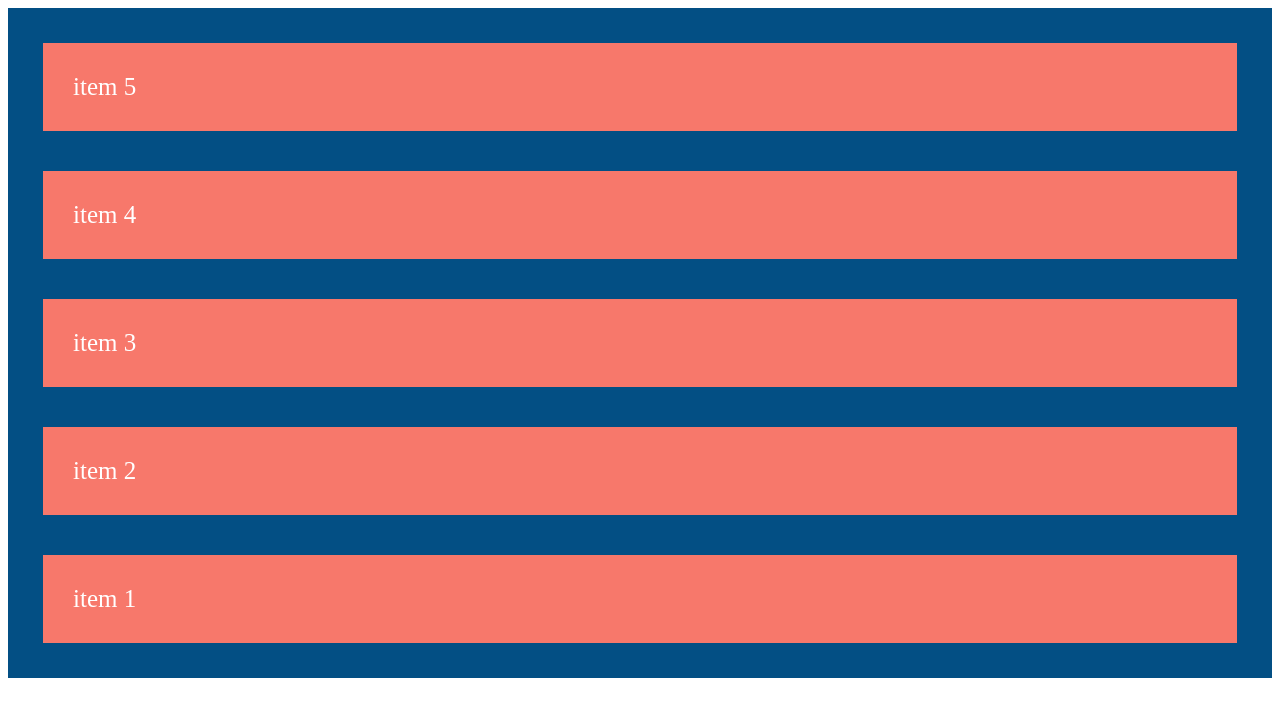
Repository: mehmetbuber38/flex
Page: flex-container.html
These files come from the project's save history. The page is drawn as it stood at one moment and after the next save; the edit follows.
The browser window is 1280 px wide. The pictures show the whole page.

Above is the page before, as saved 2022-01-30 18:45:05.

### flex-container.html
<!DOCTYPE html>
<html lang="en">

<head>
    <meta charset="UTF-8">
    <meta http-equiv="X-UA-Compatible" content="IE=edge">
    <meta name="viewport" content="width=device-width, initial-scale=1.0">
    <title>Flex Container</title>
</head>
<style>
    .container {
        display: flex;
        /* flex-direction: row; */
        /* flex-direction: column; */
        flex-direction: column-reverse;

        background-color: #034f84;
        padding: 15px;
    }

    .item {
        background-color: #f7786b;
        padding: 30px;
        margin: 20px;
        color: #fff;
        font-size: 25px;
    }
</style>

<body>
    <div class="container">
        <div class="item">item 1</div>
        <div class="item">item 2</div>
        <div class="item">item 3</div>
        <div class="item">item 4</div>
        <div class="item">item 5</div>
    </div>

</body>

</html>

After the next save:
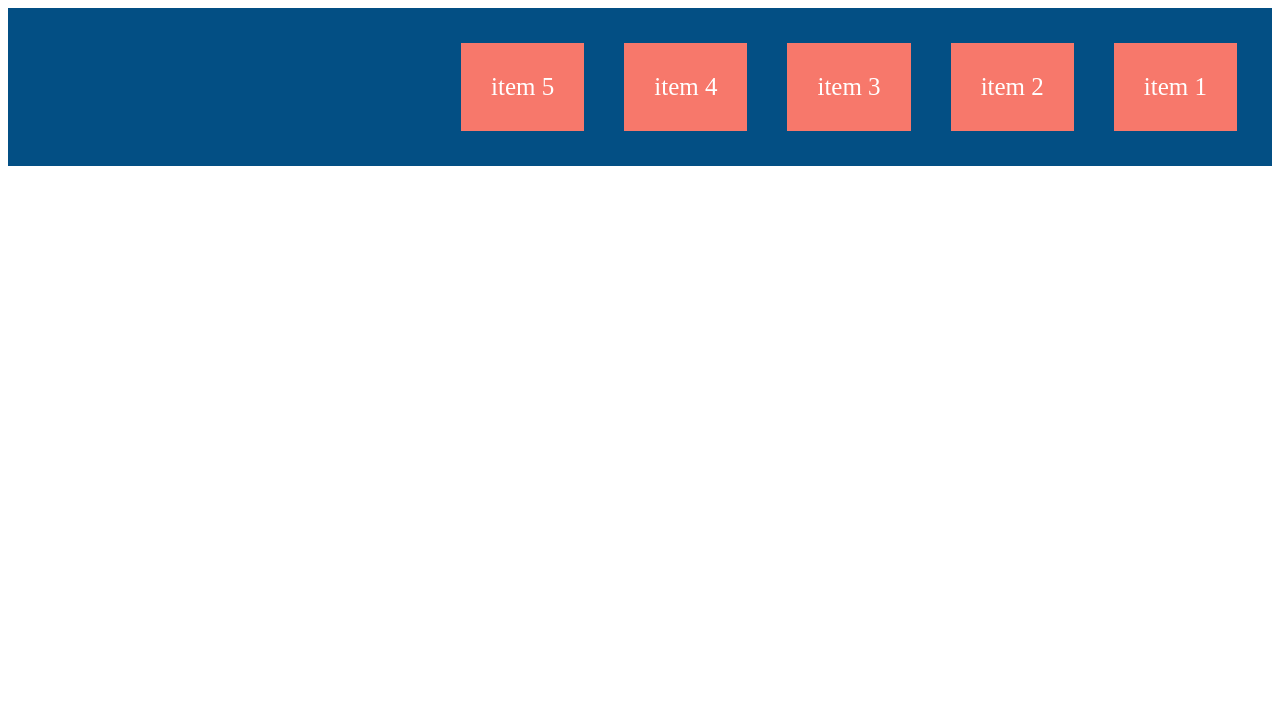
Saved 24 s later.
--- a/flex-container.html
+++ b/flex-container.html
@@ -12,7 +12,7 @@
         display: flex;
         /* flex-direction: row; */
         /* flex-direction: column; */
-        flex-direction: column-reverse;
+        flex-direction: row-reverse;
 
         background-color: #034f84;
         padding: 15px;

After the save that followed:
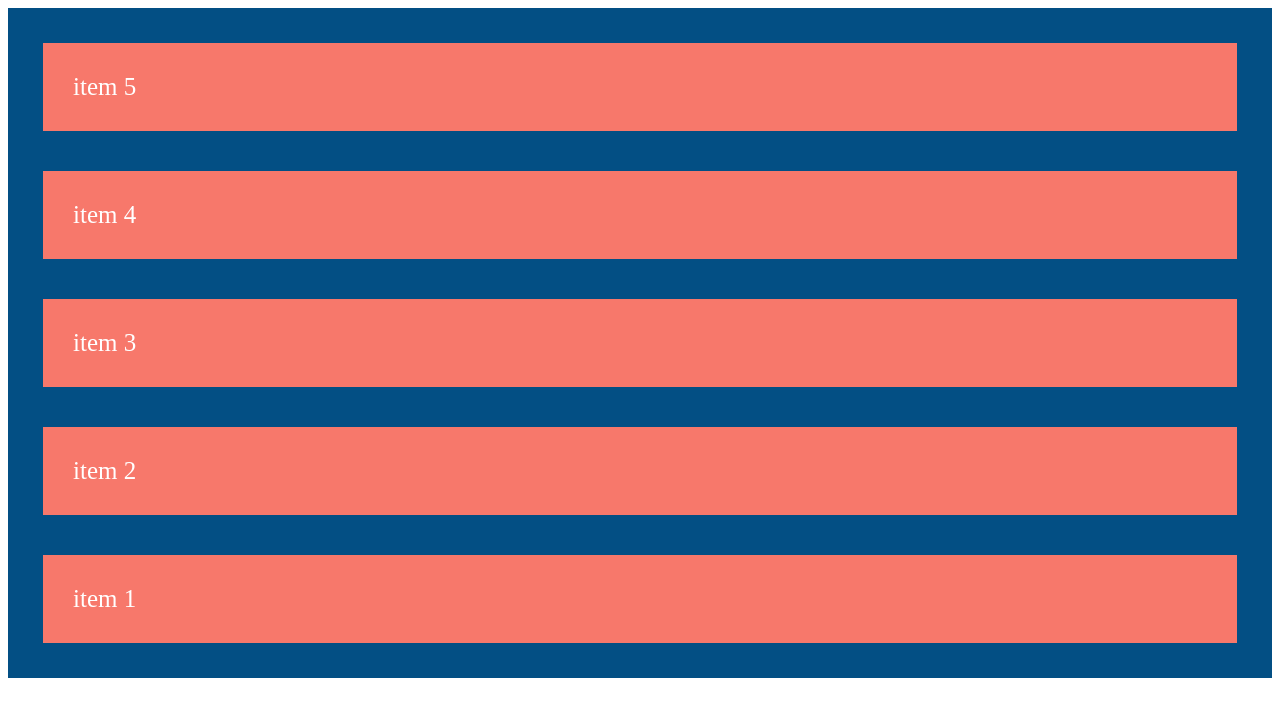
Saved 25 s later.
--- a/flex-container.html
+++ b/flex-container.html
@@ -12,7 +12,8 @@
         display: flex;
         /* flex-direction: row; */
         /* flex-direction: column; */
-        flex-direction: row-reverse;
+        /* flex-direction: row-reverse; */
+        flex-direction: column-reverse;
 
         background-color: #034f84;
         padding: 15px;
